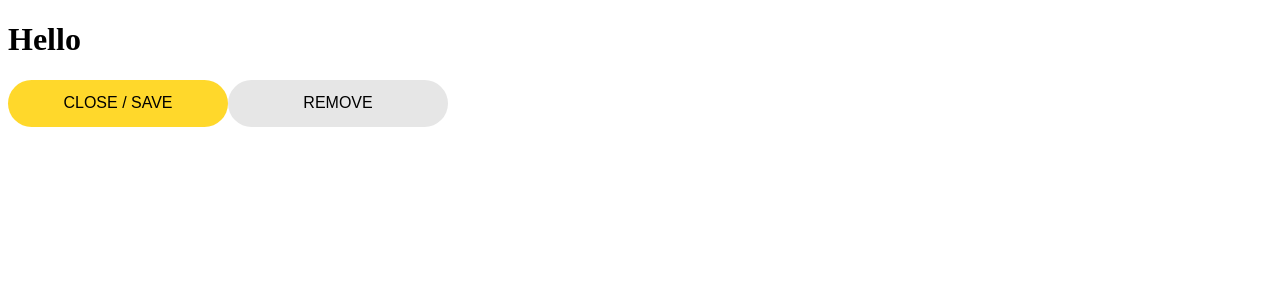
Repository: hanss007/fav-note
Page: /
The author's editor kept a copy of each file at every save. The page is drawn from the files as they stood at one save, then again after the next save.
The browser window is 1280 px wide. The pictures show the whole page.
The project was rebuilt for these pictures with package versions that can differ from the ones it lists, and the page was loaded fresh each time.

Above is the page before, as saved 2020-11-17 08:45:47.

After the next save:
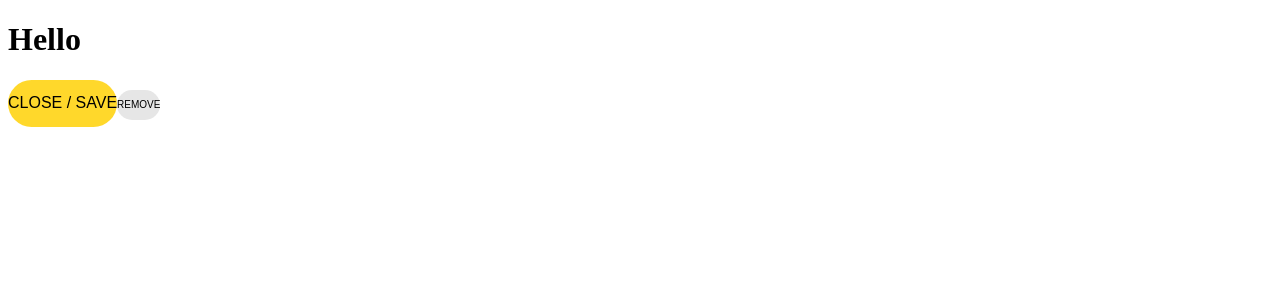
Saved 90 s later.
--- a/src/components/Button/Button.js
+++ b/src/components/Button/Button.js
@@ -3,13 +3,13 @@ import styled from 'styled-components';
 const Button = styled.button`
   padding: 0;
   background-color: ${({ secondary }) => (secondary ? '#E6E6E6' : '#FFD82B')};
-  width: 220px;
-  height: 47px;
+  width: ${({ secondary }) => (secondary ? '#105px' : '#220px')};
+  height: ${({ secondary }) => (secondary ? '30px' : '47px')};
   border: none;
   border-radius: 50px;
   font-family: 'Montserrat', sans-serif;
   font-weight: 500;
-  font-size: 16px;
+  font-size: ${({ secondary }) => (secondary ? '10px' : '16px')};
   text-transform: uppercase;
 `;
 
